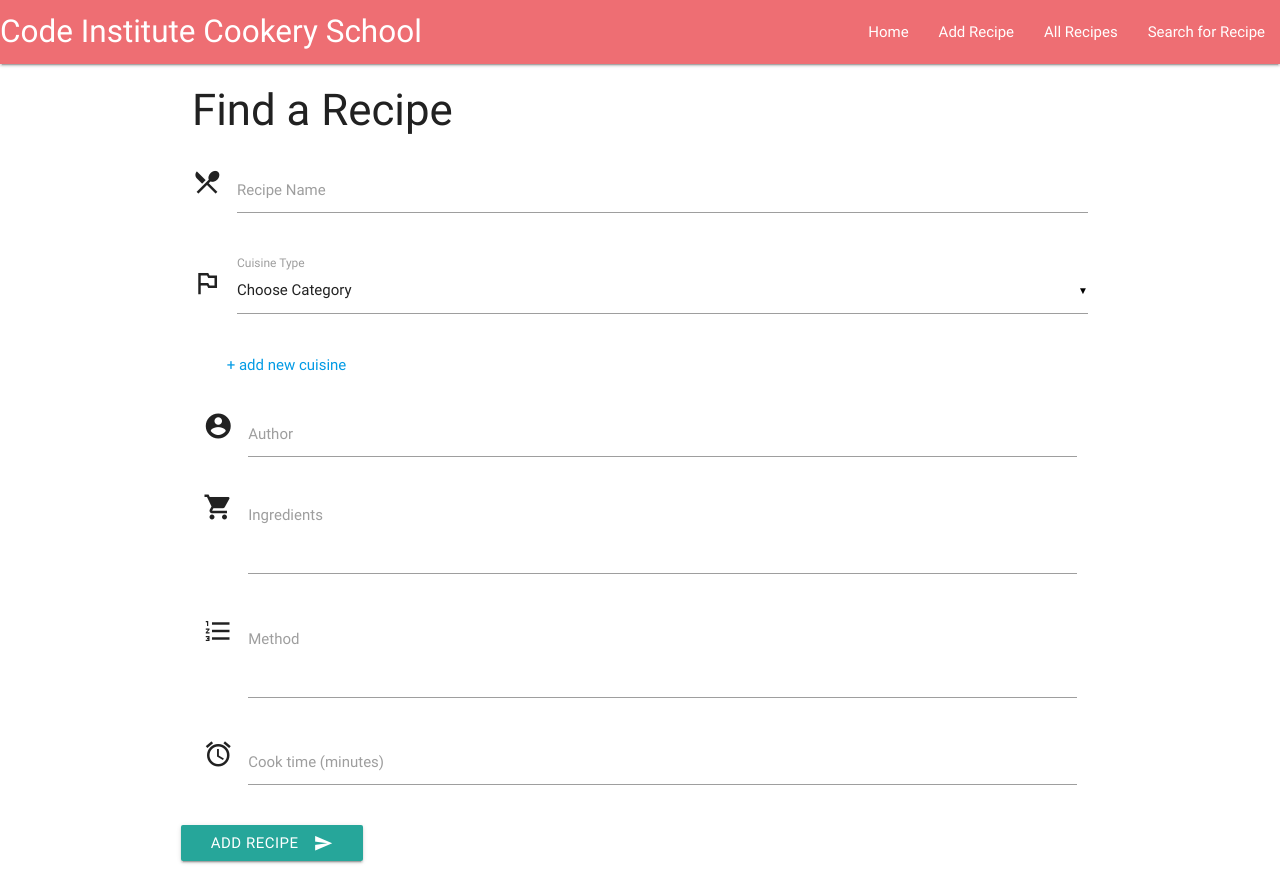
Repository: nakitamccool/francisillingworth-milestone-project-3
Page: templates/findrecipe.html
The author's editor kept a record of every edit. The page is drawn from the files as they stood at one moment, then again after the next edit.
The browser window is 1280 px wide. The pictures show the whole page.
The page is served by the project's application, run on Flask 3 (app.py). The template is opened directly, without the code that normally fills it, so the values that code supplies are empty.

Above is the page before.

### templates/findrecipe.html
{% extends 'base.html' %} {% block content %}

<h3>Find a Recipe</h3>
<div class="row">
    <form action="{{ url_for('insert_recipe') }}" method="POST" class="col s12">
        <div class="row">
            <div class="input-field col s12">
                <i class="material-icons prefix">local_dining</i>
                <input id="recipe_name" name="recipe_name" id="recipe_name" type="text" class="validate">
                <label for="icon_prefix">Recipe Name</label>
            </div>
        </div>

        <div class="row">
            <div class="input-field col s12">
                  <i class="material-icons prefix">outlined_flag</i>
                    <select id="cuisine" name="cuisine_type">
                  <option value="" disabled selected>Choose Category</option>
                  {% for cat in cuisine %}
                      <option value="{{cat.cuisine_type}}">{{cat.cuisine_type}}</option>
                  {% endfor %}
                </select>
                    <label>Cuisine Type</label>
                </div>
            </div>
            <div class = "row">
                <a class = "add_cuisine" href = "{{ url_for('add_cuisine') }}">+ add new cuisine</a>
            </div>


            <div class="input-field col s12">
                <i class="material-icons prefix">account_circle</i>
                <input id="author" name="author" id="author" type="text" class="validate">
                <label for="icon_telephone">Author</label>
            </div>
            <div class="input-field col s12">
                <i class="material-icons prefix">local_grocery_store</i>
                <textarea id="ingredients" name="ingredients" id="ingredients" class="materialize-textarea"></textarea>
                <label for="icon_telephone">Ingredients</label>
            </div>
            <div class="input-field col s12">
                <i class="material-icons prefix">format_list_numbered</i>
                <textarea name="method" id="method" class="materialize-textarea"></textarea>
                <label for="icon_telephone">Method</label>
            </div>
            <div class="input-field col s12">
                <i class="material-icons prefix">alarm</i>
                <input id="cook_time" name="cook_time" id="cook_time" type="tel" class="validate">
                <label for="icon_telephone">Cook time (minutes)</label>
            </div>
        </div>
        <div class="row">
            <button class="btn waves-effect waves-light" type="submit" name="action">Add Recipe
                <i class="material-icons right">send</i>
            </button>
        </div>



    </form>
</div>



{% endblock %}

### templates/base.html
<!DOCTYPE html>
<html lang="en">
<head>
    <link href="https://fonts.googleapis.com/icon?family=Material+Icons"
      rel="stylesheet">
    <link rel="stylesheet"  href="https://cdnjs.cloudflare.com/ajax/libs/materialize/0.100.2/css/materialize.min.css">
    <link rel="stylesheet" href="{{url_for('static' , filename = "css/style.css")}}" type="text/css" />

</head>
<body>
  <header>
    <nav>
    <div class="nav-wrapper">
      <a href="#" class="brand-logo">Code Institute Cookery School</a>
      <ul id="nav-mobile" class="right hide-on-med-and-down">
        <li><a href="index.html">Home</a></li>
        <li><a href="{{ url_for('add_recipe') }}">Add Recipe</a></li>
        <li><a href="{{ url_for('get_recipes') }}">All Recipes</a></li>
        <li><a href="{{ url_for('find_recipe') }}">Search for Recipe</a></li>
      </ul>
    </div>
  </nav>
  </header>
    <div class="container">
    {% block content %}
    {% endblock %}
    </div>
    <script src="https://cdnjs.cloudflare.com/ajax/libs/jquery/3.4.1/jquery.min.js" integrity="sha256-CSXorXvZcTkaix6Yvo6HppcZGetbYMGWSFlBw8HfCJo=" crossorigin="anonymous"></script>
    <script src="https://cdnjs.cloudflare.com/ajax/libs/materialize/0.100.2/js/materialize.min.js"></script>
    <script type="text/javascript">
         $(document).ready(function(){
    $('.collapsible').collapsible();
    $('select').material_select();
  });

    </script>


</body>
</html>

### app.py
import os
from flask import Flask , render_template, redirect, request, url_for
from flask_pymongo import PyMongo
from bson.objectid import ObjectId


db_password = os.environ.get('DB_PASSWORD')

app = Flask(__name__)

app.config["MONGO_DBNAME"] = 'recipe_project'
app.config["MONGO_URI"] = 'mongodb+srv://root:r00tUser@myfirstcluster-aogax.mongodb.net/recipe_project?retryWrites=true&w=majority'

mongo = PyMongo(app)

@app.route('/')


@app.route('/get_recipes')
def get_recipes():
    return render_template("recipes.html", recipes=mongo.db.recipe.find())


@app.route('/add_recipe')
def add_recipe():
    return render_template('addrecipe.html', cuisine=mongo.db.cuisine.find())

@app.route('/insert_recipe', methods=['POST'])
def insert_recipe():
    recipes=mongo.db.recipe
    recipes.insert_one(request.form.to_dict())
    return redirect(url_for('get_recipes'))


@app.route('/edit_recipe/<recipe_id>')
def edit_recipe(recipe_id):
    the_recipe = mongo.db.recipe.find_one({"_id": ObjectId(recipe_id)})
    all_cuisine = mongo.db.cuisine.find()
    return render_template('editrecipe.html', recipe = the_recipe, cuisine=all_cuisine)



@app.route('/update_recipe/<recipe_id>', methods = ["POST"])
def update_recipe(recipe_id):
    recipes = mongo.db.recipe
    recipes.update( {'_id': ObjectId(recipe_id)},
    {
        'recipe_name' : request.form.get('recipe_name'),
        'cuisine_type' : request.form.get('cuisine_type'),
        'author' : request.form.get('author'),
        'ingredients' : request.form.get('ingredients'),
        'method' : request.form.get('method'),
        'cook_time' : request.form.get('cook_time'),
    })
    return redirect(url_for('get_recipes'))

@app.route('/delete_recipe/<recipe_id>')
def delete_recipe(recipe_id):
    mongo.db.recipe.remove({'_id':ObjectId(recipe_id)})
    return redirect(url_for('get_recipes'))





@app.route('/get_cuisines')
def get_cuisines():
    return render_template('cuisines.html', cuisine=mongo.db.cuisine.find())


@app.route('/edit_cuisine/<cuisine_id>')
def edit_cuisine(cuisine_id):
    return render_template('editcuisine.html', cuisine=mongo.db.cuisine.find_one({'_id':ObjectId(cuisine_id)}))


@app.route('/update_cuisine/<cuisine_id>', methods=['POST'])
def update_cuisine(cuisine_id):
    mongo.db.cuisine.update(
        {'_id': ObjectId(cuisine_id)},
        {'cuisine_type': request.form.get('cuisine_type')})
    return redirect(url_for('get_cuisines'))



@app.route('/add_cuisine')
def add_cuisine():
    return render_template('addcuisine.html', cuisine=mongo.db.cuisine.find())


@app.route('/insert_cuisine', methods=['POST'])
def insert_cuisine():
    cuisines=mongo.db.cuisine
    cuisines.insert_one(request.form.to_dict())
    return redirect(url_for('add_recipe'))



@app.route('/delete_cuisine/<cuisine_id>')
def delete_cuisine(cuisine_id):
    mongo.db.cuisine.remove({'_id':ObjectId(cuisine_id)})
    return redirect(url_for('get_cuisines'))



@app.route('/add_cuisine_edit')
def add_cuisine_edit():
    return render_template('addcuisine-edit.html', cuisine=mongo.db.cuisine.find())


@app.route('/insert_cuisine_edit', methods=['POST'])
def insert_cuisine_edit():
    cuisines=mongo.db.cuisine
    cuisines.insert_one(request.form.to_dict())
    return redirect(url_for('get_cuisines'))



@app.route('/index')
def index():
    return render_template("index.html")


@app.route('/filter')
def filter():
    return redirect(url_for())


if __name__ == '__main__':
    app.run(host=os.environ.get('IP'),
            port=int(os.environ.get('PORT')),
            debug=True)

### static/css/style.css
.btn_edit{
    height:28px;
    margin: 5px 15px;
    line-height: 28px;
    padding-left: 3px;
    padding-right: 6px;



}

.btn_delete{
    height:28px;
    margin: 5px 15px ;
    line-height: 28px;
    padding-left: 5px;
    padding-right: 5px;
    background-color: #b70808;

}

.collapsible-header i {
 margin:0;}

 .btn_delete:hover {
    background-color: #71231d;
}

.cancel_button{
    margin: 5px 15px;
    padding-left: 3px;
    padding-right: 6px;
    background-color: #b70808

}


 .cancel_button:hover {
    background-color: #71231d;
}


.recipe_header{
    margin-top:5px;
    margin-right: 20px;
}

.deleteEdit{
    margin-left:auto;
    margin-right:0;
}

.add_cuisine{
    margin-top: 0;
    margin-left:5%;
}

After the next edit:
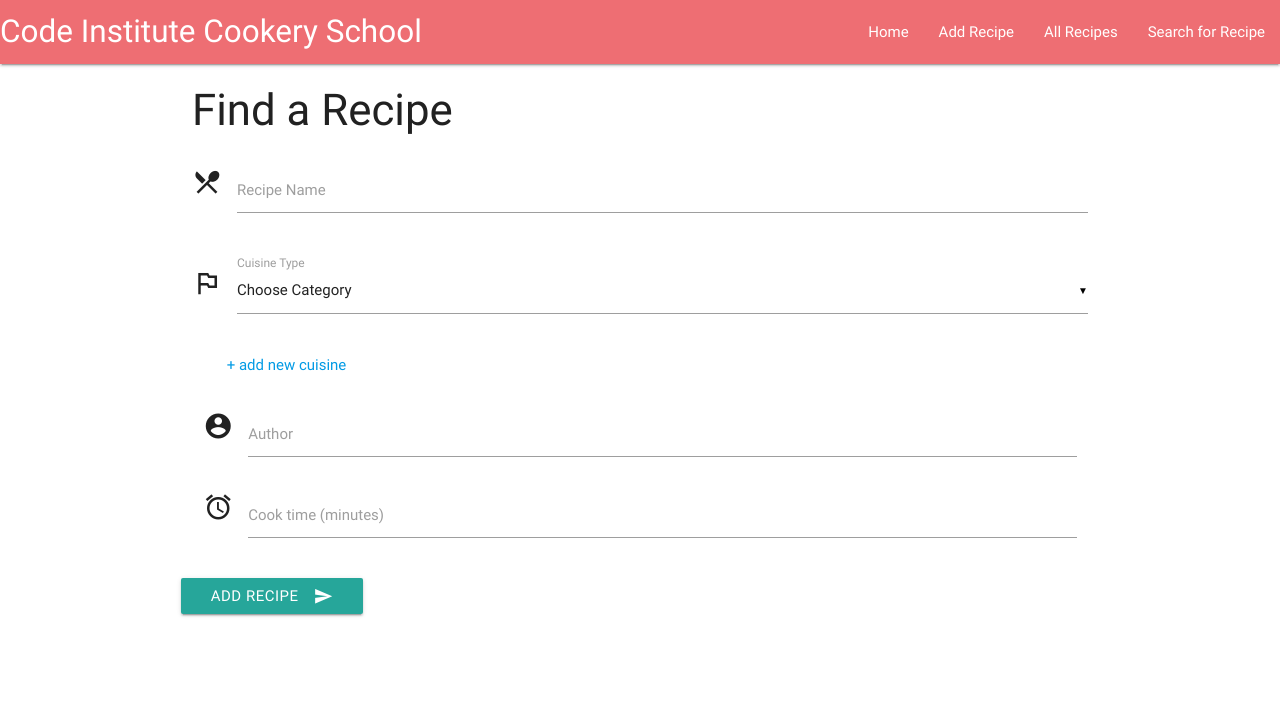
The edit:
--- a/templates/findrecipe.html
+++ b/templates/findrecipe.html
@@ -33,16 +33,7 @@
                 <input id="author" name="author" id="author" type="text" class="validate">
                 <label for="icon_telephone">Author</label>
             </div>
-            <div class="input-field col s12">
-                <i class="material-icons prefix">local_grocery_store</i>
-                <textarea id="ingredients" name="ingredients" id="ingredients" class="materialize-textarea"></textarea>
-                <label for="icon_telephone">Ingredients</label>
-            </div>
-            <div class="input-field col s12">
-                <i class="material-icons prefix">format_list_numbered</i>
-                <textarea name="method" id="method" class="materialize-textarea"></textarea>
-                <label for="icon_telephone">Method</label>
-            </div>
+
             <div class="input-field col s12">
                 <i class="material-icons prefix">alarm</i>
                 <input id="cook_time" name="cook_time" id="cook_time" type="tel" class="validate">
